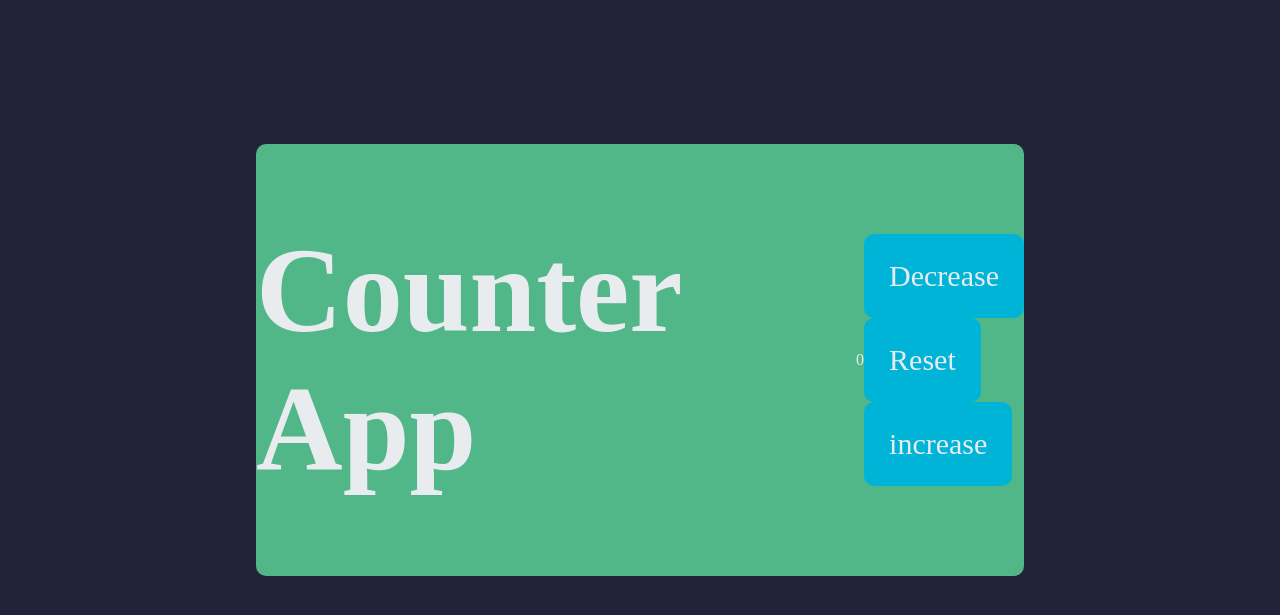
Repository: Yuukicoder/basicProject
Page: project2.html
These files come from the project's save history. The page is drawn as it stood at one moment and after the next save; the edit follows.
The browser window is 1280 px wide. The pictures show the whole page.
Some web fonts or font styles are not loaded; a fallback is used.

Above is the page before, as saved 2023-02-24 17:08:57.

### project2.html
<!DOCTYPE html>
<html lang="en">
  <head>
    <meta charset="UTF-8" />
    <meta http-equiv="X-UA-Compatible" content="IE=edge" />
    <meta name="viewport" content="width=device-width, initial-scale=1.0" />
    <title>Counter App</title>
    <link
      rel="shortcut icon"
      href="https://cdn-icons-png.flaticon.com/512/6134/6134688.png"
      type="image/x-icon"
    />
    <link rel="stylesheet" href="assets/css/project2.css" />
  </head>
  <body>
    <section class="box">
      <h1>Counter App</h1>
      <p class="counter-preview">0</p>
      <div class="buttons" id="allBtns">
        <button class="decrement" id="decrement">Decrease</button>
        <button class="reset" id="reset">Reset</button>
        <button class="increment" id="increment">increase</button>
      </div>
    </section>
    <script src="assets/js/project2.js"></script>
  </body>
</html>

### assets/css/project2.css
@import url("https://fonts.googleapis.com/css2?family=Arima:wght@100;200;300;400;500;700&display=swap");
* {
  margin: 0;
  padding: 0;
  box-sizing: border-box;
  /* border: 1px solid black; */
}
:root {
  --button: #00b4d8;
  --text: #e9ecef;
}
body {
  background-color: #22223b;
  height: 100vh;
  width: 100vw;
  display: flex;
  align-items: center;
  justify-content: center;
}
.box {
  width: 60%;
  height: 60%;
  background-color: #52b788;
  display: flex;
  align-items: center;
  justify-content: center;
  border-radius: 10px;
}
h1,
p {
  color: var(--text);
}
h1 {
  font-family: Arima;
  font-size: 120px;
  display: block;
}
p {
  display: block;
}
button {
  display: block;
  background-color: var(--button);
  color: var(--text);
  font-family: Arima;
  font-size: 30px;
  border: none;
  border-radius: 10px;
  padding: 25px 25px;
}

### assets/js/project2.js
const display = document.querySelector('.counter-preview');
const allBtns = document.querySelector('#allBtns');
allBtns.addEventListener('click',counter);
var value = 0;
function counter(x) {
    const btn = x.target.id;
    if(btn === 'increment'){
        value += 1;
    }
    else if(btn === 'decrement'){
        value -= 1;
    }
    else value = 0;
    display.textContent = value;
}

After the next save:
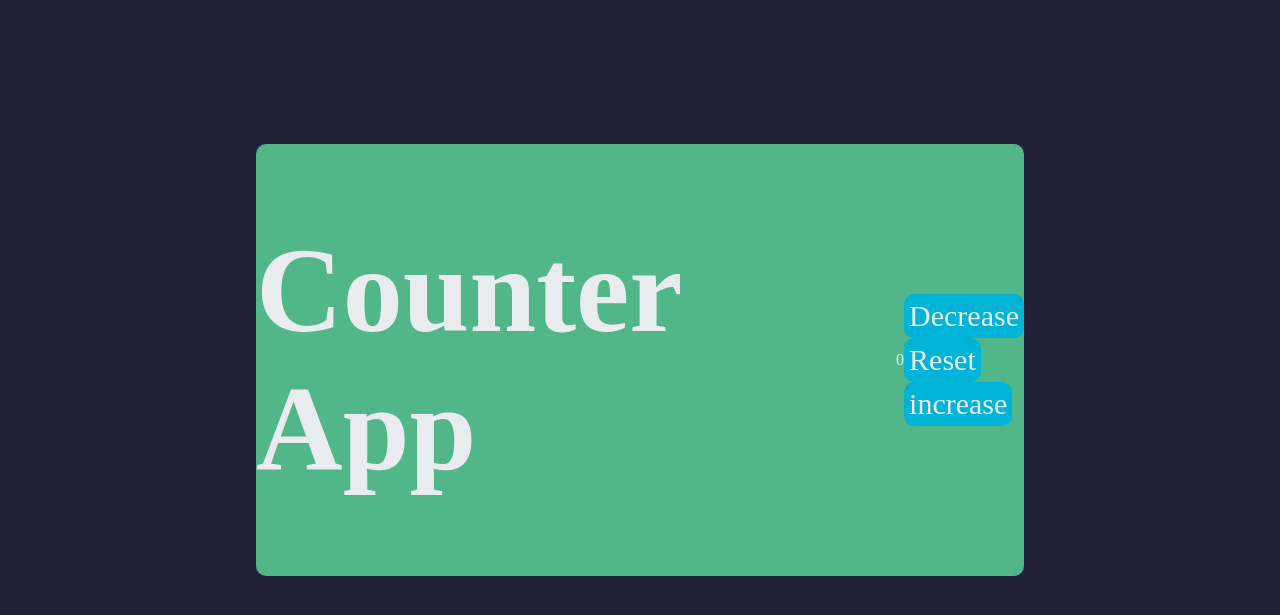
Saved 13 s later.
--- a/assets/css/project2.css
+++ b/assets/css/project2.css
@@ -46,5 +46,5 @@ button {
   font-size: 30px;
   border: none;
   border-radius: 10px;
-  padding: 25px 25px;
+  padding: 5px 5px;
 }
